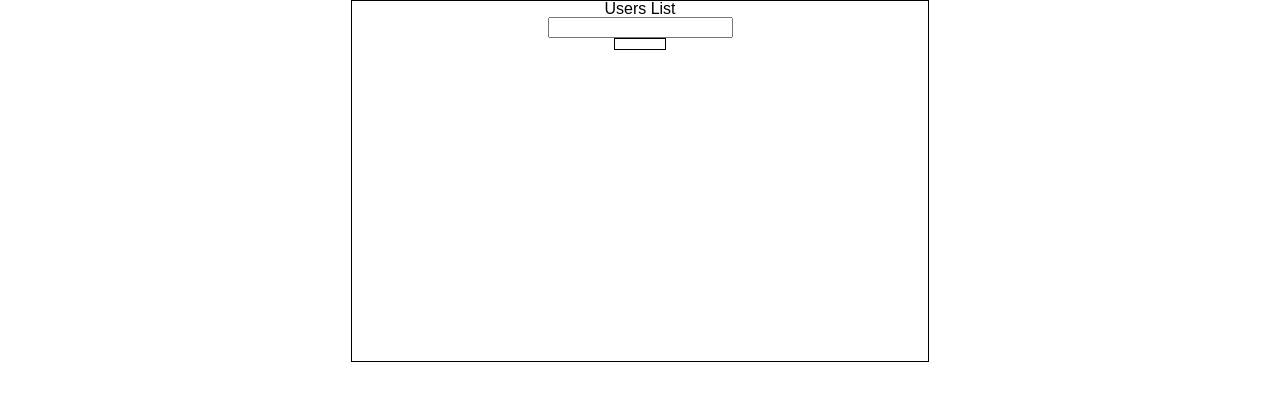
Repository: TomaszBeben/FirstTypescript
Page: /
The author's editor kept a copy of each file at every save. The page is drawn from the files as they stood at one save, then again after the next save.
The browser window is 1280 px wide. The pictures show the whole page.
The project was rebuilt for these pictures with package versions that can differ from the ones it lists, and the page was loaded fresh each time.

Above is the page before, as saved 2021-12-21 11:42:09.

After the next save:
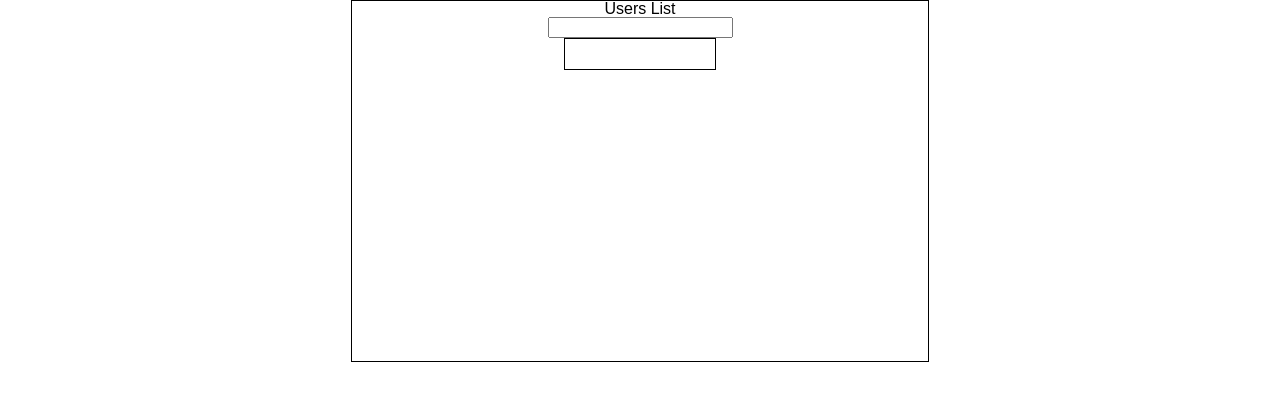
Saved 22 s later.
--- a/src/components/search/Search.tsx
+++ b/src/components/search/Search.tsx
@@ -5,7 +5,7 @@ const Search = () => {
     return (
         <>
             <input type="text" value={search} onChange={e => setSearch(e.target.value)} />
-            <div style={{ width:'50px', height: '10px', border: '1px solid black' }}>
+            <div style={{ width:'150px', height: '30px', border: '1px solid black' }}>
                 {search}
             </div>
         </>
